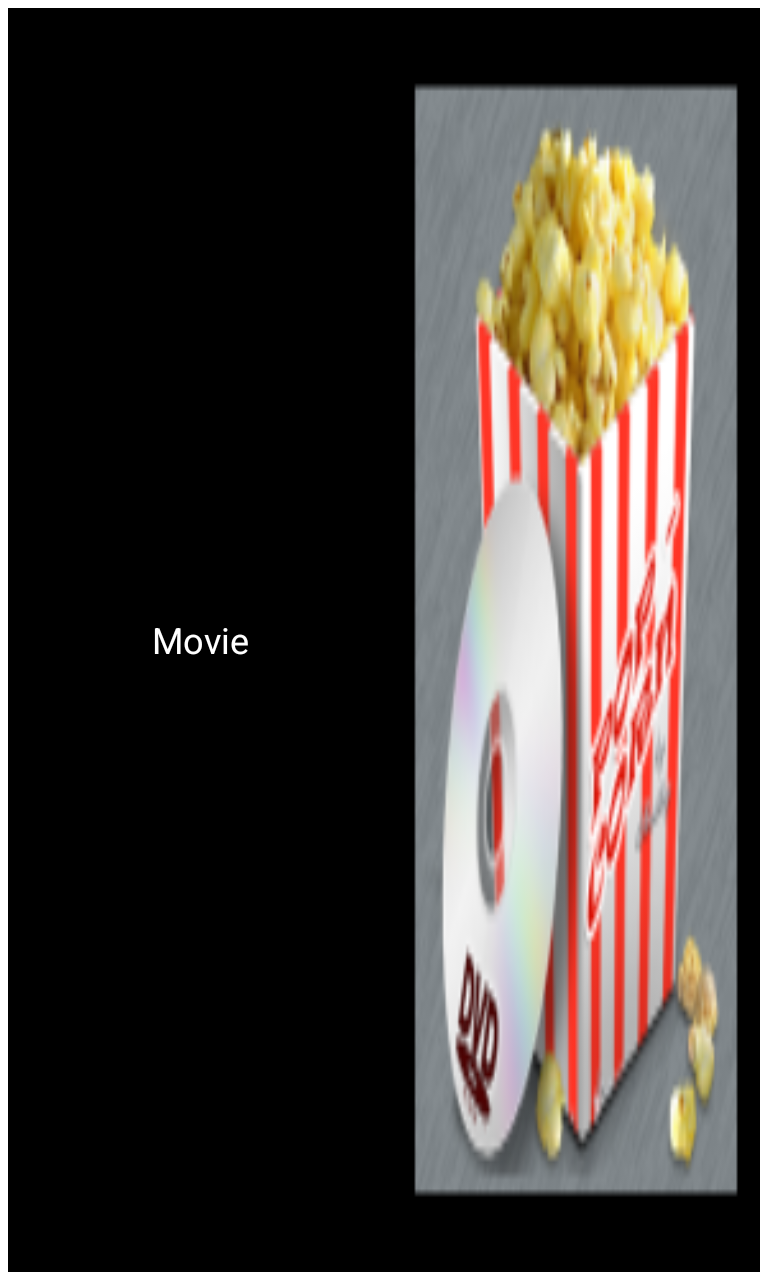
Repository: efreestone/MDF3_Freestone
Layout: MDF3Project3/res/layout/widget_layout.xml
An editor plug-in stored every save of this project. The layout is shown before and after the next save, followed by the edit.
It is drawn on a 768 x 1280 px phone screen (xhdpi) without system bars, with theme AppTheme; the app's code is not run.

Above is the layout before, as saved 2014-07-25 03:25:10.

### MDF3Project3/res/layout/widget_layout.xml
<?xml version="1.0" encoding="utf-8"?>
<FrameLayout xmlns:android="http://schemas.android.com/apk/res/android"
    android:layout_width="match_parent"
    android:layout_height="match_parent"
    android:padding="4dp"
    android:orientation="vertical" >

    <LinearLayout
        android:layout_width="match_parent"
        android:layout_height="match_parent"
        android:orientation="horizontal"
        android:background="#000000">
        <TextView
            android:id="@+id/movieTitle"
            android:layout_width="40dp"
            android:layout_height="match_parent"
            android:gravity="center"
            android:textAppearance="?android:attr/textAppearanceMedium"
            android:textColor="#ffffff"
            android:layout_weight="1"
            android:layout_marginLeft="4dp"
            android:layout_marginRight="4dp"
            android:text="Movie"/>
        <Button
            android:id="@+id/button1"
            android:layout_weight="1"
            android:layout_width="40dp"
            android:layout_height="match_parent"
            android:background="@drawable/ic_launcher"/>
    </LinearLayout>

</FrameLayout>

Loaded but not shown: MDF3Project3/res/values/styles.xml (common file); MDF3Project3/res/values-v11/styles.xml (common file); MDF3Project3/res/values-v14/styles.xml (common file)

After the next save:
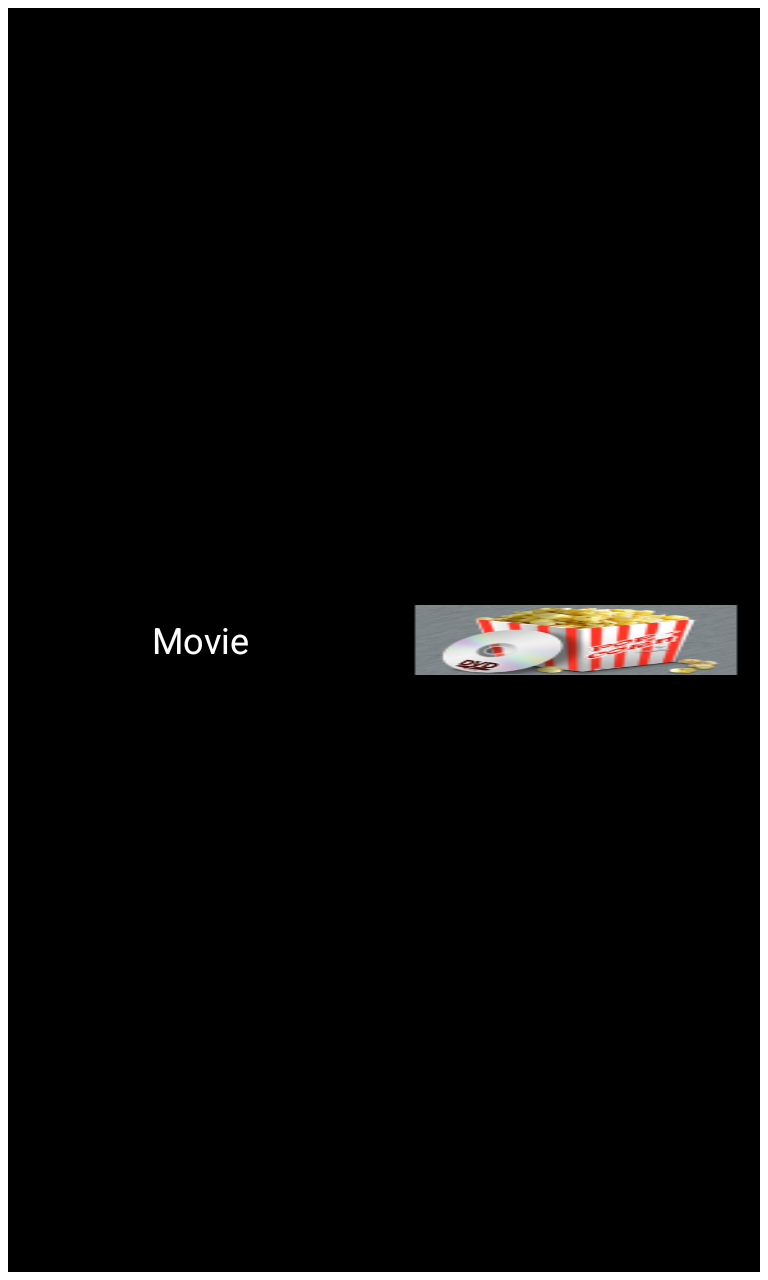
Saved 55 s later.
--- a/MDF3Project3/res/layout/widget_layout.xml
+++ b/MDF3Project3/res/layout/widget_layout.xml
@@ -25,7 +25,7 @@
             android:id="@+id/button1"
             android:layout_weight="1"
             android:layout_width="40dp"
-            android:layout_height="match_parent"
+            android:layout_height="40dp"
             android:background="@drawable/ic_launcher"/>
     </LinearLayout>
 
